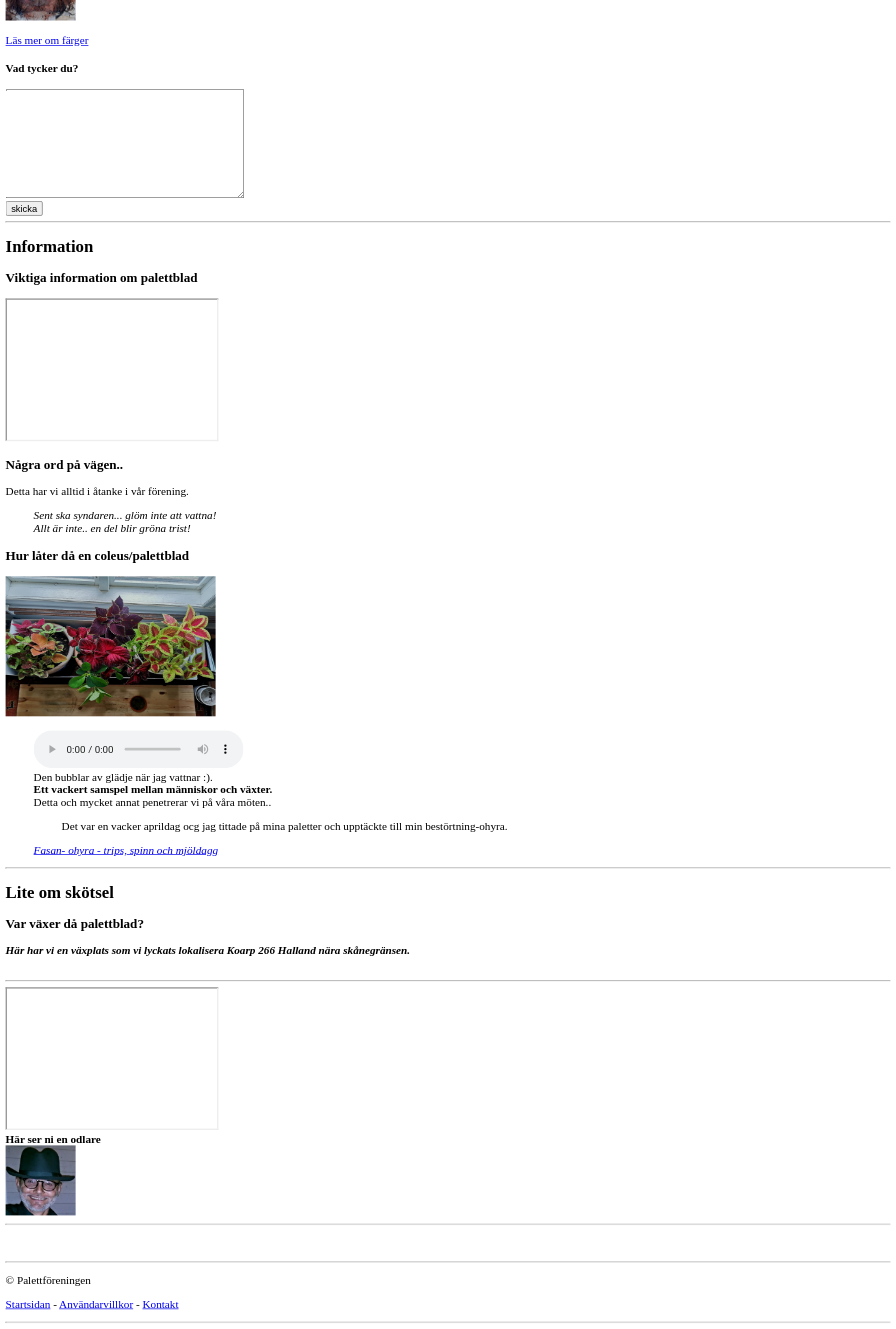
Repository: Webutveckling-20-21/Uppgift-1
Page: blogg.html
An editor plug-in stored every save of this project. The page is shown before and after a run of saves, followed by the edit.
The browser window is 1280 px wide. The pictures show the part of the page from y = 1226 to 3146 px (the page is 3124 px tall before and 3146 px after), at 70% of full size.
Pictures or frames that could not be fetched are drawn as grey boxes.

Above is the page before, as saved 2021-09-07 16:06:11.

### blogg.html
<!DOCTYPE html>
<html lang="sv">

<head>
    <meta charset="UTF-8">
    <meta name="viewport" content="width=device-width, initial-scale=1.0">
    <title>Föreningens blogg</title>
</head>

<body>
    <header>
        <h1>Palettbloggen</h1>
        <!-- Här läggs alla länkar in-->
        <a href="blogg.html"><b> Blogga om paletter</b></a>&nbsp;&nbsp;&nbsp;&nbsp;&nbsp;&nbsp;&nbsp;&nbsp;
        <a href="verksamheten.html"><b> Vad vi gör</b></a>&nbsp;&nbsp;&nbsp;&nbsp;&nbsp;&nbsp;&nbsp;&nbsp;
        <a href="medlemskap.html"><b>Bli medlem</b></a>

    </header>
    <main>
        <section>
            <h2>Vår blogg</h2>
            <article>
                <!-- första blogginlägget -->




                <br>
                <h3> <b> Några ord från ordföranden</b></h3>
                <img src="images/ord.jpg" width="100" height="100" alt="Ordförande"> <br>
                <h4>Lite om paletters skötsel</h4>


                <p> Ni kommer att förstå varandra, för palettblad svarar artigt. <br> Mörkt – växer långsamt. Ljust
                    –
                    växer
                    snabbt. Mindre vatten – grönare blad. <br> Mer vatten – ljusrosa blad. Inget vatten – slokar.
                    Enkelt!
                    Lätt att föröka. </p> <br>

                <p> <b> Latinskt namn:</b> Plectranthus scutellarioides
                    Växtfamilj: Kransblommiga växter. <br> <br>



                    <b> Läge:</b> Placeras ljust, men inte i direkt solljus då bladen kan brännas. <br>
                    Ju mer sol den får, desto
                    intensivare blir färgerna. <br> I skugga blir bladen mer gröna.
                    Under sommaren kan palettblad placeras ljust men <br> inte i direkt solljus då kan bladen
                    brännas.
                    <br>
                </p>

                <b> Temperatur:</b> Känslig för temperaturer under 18°C. <br> <br>

                <b> Vattning:</b> Vattnas ofta, 1-2 gånger i veckan. Håll jorden fuktig. <br> Som många växter vill den
                ha
                mer
                vatten på sommarhalvåret än på vintern. <br>

                <h4>Några hållpunkter som ny odlare</h4>
                <ul>
                    <li>Vattna lagom</li>
                    <li>Lagom ljus</li>
                    <li>Ta in dom när temperaturen sjunker och det är risk för frost</li>
                </ul>

            </article>

            <article>
                <!-- Andra inlägget  -->
                <h2>Färger och korsningar</h2>
                <p> Färger: Vi odlar växten för färgernas skull och de är nästan alla palettens. <br> Allt från
                    crèmevitt
                    och ljusgrönt till limefärgat, grönt, rost, rött och purpur – alla i många färgnyanser. <br>
                    Bakgrund:
                    Flerårig ört till halvbuske som förgrenar sig lätt. <br> I naturen blir den runt en meter hög. <br>
                    <i> Stina</i>
                </p>


            </article>

            <article>
                <!-- Tredje inlägget -->
                <h2>Fel om färger</h2>
                <p> Dessa frön sägs ofta ge blåa palettblad (palettblad kan inte bli blå). <br> Eller andra palettblad
                    med
                    väldigt speciella former och färger. <br> Som jag nämnde ovan så är det bara Palettblad med relativt
                    enkla former och färger, <br> som man har lyckats göra fröäkta. <br>
                    <i>Olle ny medlem</i>
                    <br>
                    <img src="images/olle.jpg" width="100" height="120" alt="olle">
                </p>

                <a href="https://coleus.blogg.se/">Läs mer om färger</a>
            </article>
            <h4>Vad tycker du?</h4>
            <textarea name="bloggpost" cols="40" rows="10"></textarea><br>
            <input type="submit" value="skicka">
        </section>
    </main>
    <hr>
    <aside>
        <section>
            <h2>Information</h2>
            <article>
                <h3>Viktiga information om palettblad</h3>

                <iframe src="https://youtu.be/BvaeieAXEZY" height="200" width="300" title="Iframe Example"></iframe>
            </article>
        </section>
        <article>
            <h3>Några ord på vägen..</h3>
            Detta har vi alltid i åtanke i vår förening.
            <!-- ett element för citat -->
            <blockquote>
                <i> Sent ska syndaren... glöm inte att vattna!</i>
                <br>
                <i> Allt är inte.. en del blir gröna trist!</i>
                <br>
            </blockquote>
            <h3>Hur låter då en coleus/palettblad</h3>
            <img src="images/pal.jpg" width="300" height="200" alt="en palett">
            <figure>
                <audio controls src="sounds/w.oga"></audio>
                <figcaption>Den bubblar av glädje när jag vattnar :).</figcaption>

                <b> Ett vackert samspel mellan människor och växter.</b> <br>
                    <bold> Detta och mycket annat penetrerar vi på våra möten..</bold>

            </figure>


            <figure>
                <blockquote>
                    <p>Det var en vacker aprildag ocg jag tittade på mina paletter och upptäckte till min
                        bestörtning-ohyra.</p>
                </blockquote>
                <figcaption> <cite><a href="https://coleus.blogg.se/2019/july/ohyra-trips-spinn-och-mjoldagg.html">
                            Fasan- ohyra - trips, spinn och mjöldagg</a></cite> </figcaption>
            </figure>

        </article>
        <hr>
        <section>
            <h2>Lite om skötsel</h2>
            <article>
                <h3>Var växer då palettblad?</h3>
                <p>
                    <b> <i> Här har vi en växplats som vi lyckats lokalisera
                            Koarp 266 Halland nära skånegränsen. </i> </b> <br> <br>
                    <hr>

                    <iframe width="300" height="200" src="https://kartor.eniro.se/m/GUsQ0">
                    </iframe> <br>

                    <b> Här ser ni en odlare </b><br>
                    <img src="images/odl.jpg" width="100" height="100" alt="en odlare"> <br>


                    <hr>
            </article>
        </section>

    </aside> <br><br>
    <hr>
    <footer>
        <p> &copy; Palettföreningen</p>
        <nav>
            <p>
                <a href="blogg.html">Startsidan</a> -
                <a href="villkor.html">Användarvillkor</a> -
                <a href="kontakt.html">Kontakt</a>
            </p>
        </nav>


    </footer>
    <hr>
</body>

</html>

After the next 4 saves:
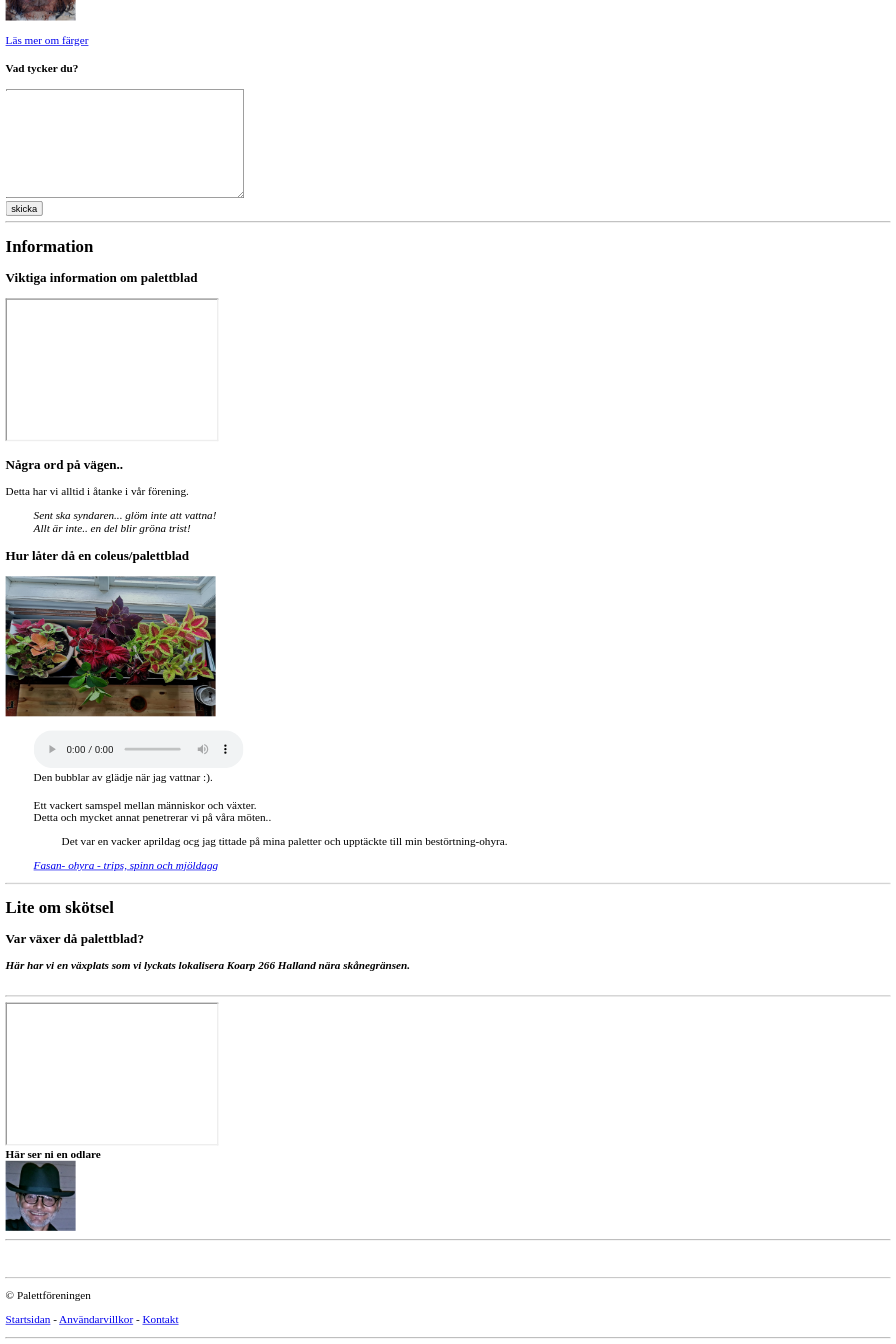
The 4 saves are shown as one change because they came seconds apart.
The last was saved 20 s later.
--- a/blogg.html
+++ b/blogg.html
@@ -126,7 +126,7 @@
                 <audio controls src="sounds/w.oga"></audio>
                 <figcaption>Den bubblar av glädje när jag vattnar :).</figcaption>
 
-                <b> Ett vackert samspel mellan människor och växter.</b> <br>
+                <h5></h5> Ett vackert samspel mellan människor och växter.</b> <br>
                     <bold> Detta och mycket annat penetrerar vi på våra möten..</bold>
 
             </figure>
